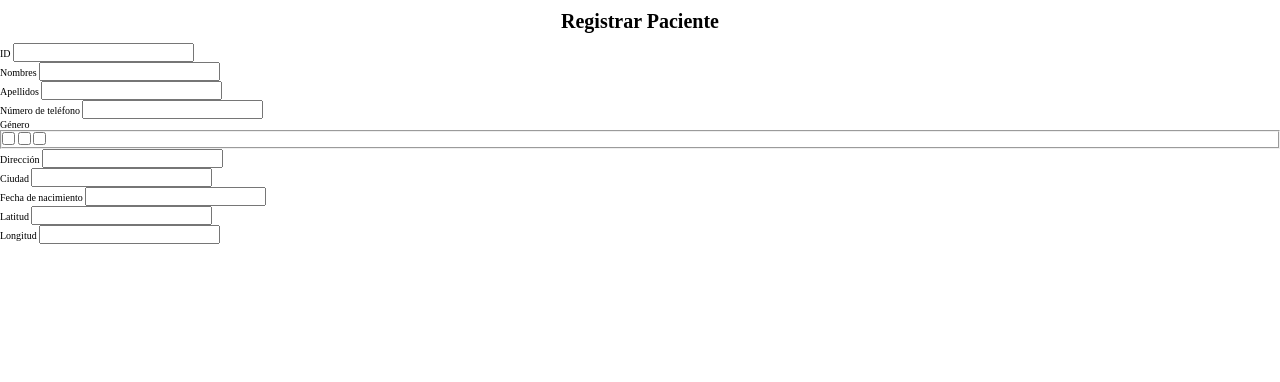
Repository: alexvl06/HospiEnCasa
Page: HospiEnCasa.App/HospiEnCasa.App.Frontend/pacientForm.html
The author's editor kept a copy of each file at every save. The page is drawn from the files as they stood at one save, then again after the next save.
The browser window is 1280 px wide. The pictures show the whole page.

Above is the page before, as saved 2022-07-05 16:42:32.

### HospiEnCasa.App/HospiEnCasa.App.Frontend/pacientForm.html
<!DOCTYPE html>
<html lang="es">
  <head>
    <meta charset="UTF-8" />
    <meta http-equiv="X-UA-Compatible" content="IE=edge" />
    <meta
      name="viewport"
      content="width=device-width
    , initial-scale=1.0"
    />
    <title>Formulario pacientes</title>
    <link rel="stylesheet" href="style.css">
  </head>
  <body>
    <header>
      <h1>Registrar Paciente</h1>
    </header>
    <main>
      <form action="">
        <label for="id">
          <span>ID</span>
          <input type="text" name="id" id="id" required />
        </label>
        <label for="firstname">
          <span>Nombres</span>
          <input
            type="text"
            name="firstname"
            id="firstname"
            requiredphonenumber
          />
        </label>
        <label for="lastname">
          <span>Apellidos</span>
          <input type="text" name="lastname" id="lastname" required />
        </label>
        <label for="phonenumber">
          <span>Número de teléfono</span>
          <input type="text" name="phonenumber" id="phonenumber" required />
        </label>
        <label for="genre">
          <span>Género</span>
          <fieldset>
            <input type="checkbox" name="male" id="male" />
            <input type="checkbox" name="female" id="female" />
            <input type="checkbox" name="other" id="other" />
          </fieldset>
        </label>
        <label for="address">
          <span>Dirección</span>
          <input type="text" name="address" id="address" required />
        </label>
        <label for="city">
          <span>Ciudad</span>
          <input type="text" name="city" id="city" required />
        </label>
        <label for="birthdate">
          <span>Fecha de nacimiento</span>
          <input type="text" name="birthdate" id="birthdate" required />
        </label>
        <label for="lat">
          <span>Latitud</span>
          <input type="text" name="lat" id="lat" />
        </label>
        <label for="long">
          <span>Longitud</span>
          <input type="text" name="long" id="long" />
        </label>
      </form>
    </main>

  </body>
</html>

### HospiEnCasa.App/HospiEnCasa.App.Frontend/style.css
*{
  box-sizing: border-box;
  margin:0;
  padding: 0;
}

html{
  font-size: 62.5%;
}

h1{
  display:flex;
  justify-content: center;
  margin: 1rem;
}

form{
  display: flex;
  flex-direction: column;
}

After the next save:
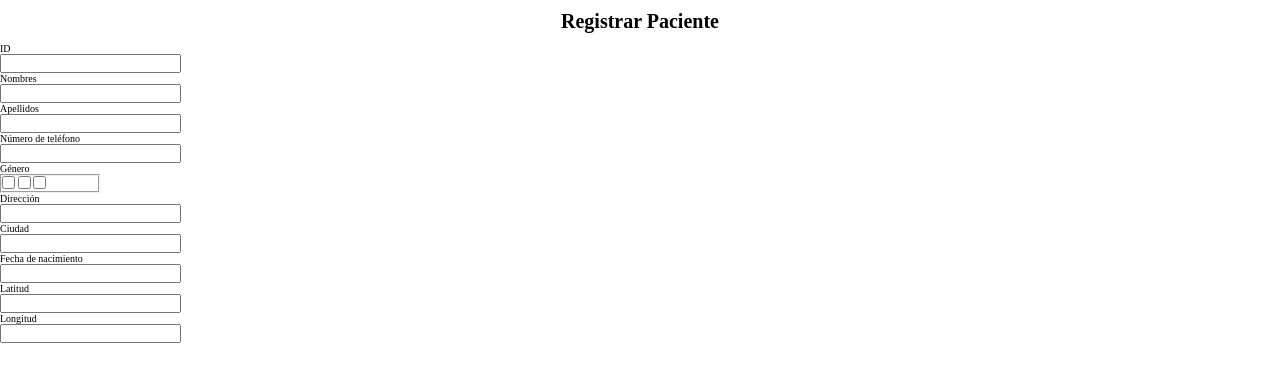
Saved 18 s later.
--- a/HospiEnCasa.App/HospiEnCasa.App.Frontend/style.css
+++ b/HospiEnCasa.App/HospiEnCasa.App.Frontend/style.css
@@ -17,4 +17,5 @@ h1{
 form{
   display: flex;
   flex-direction: column;
+  width: 10rem;
 }
